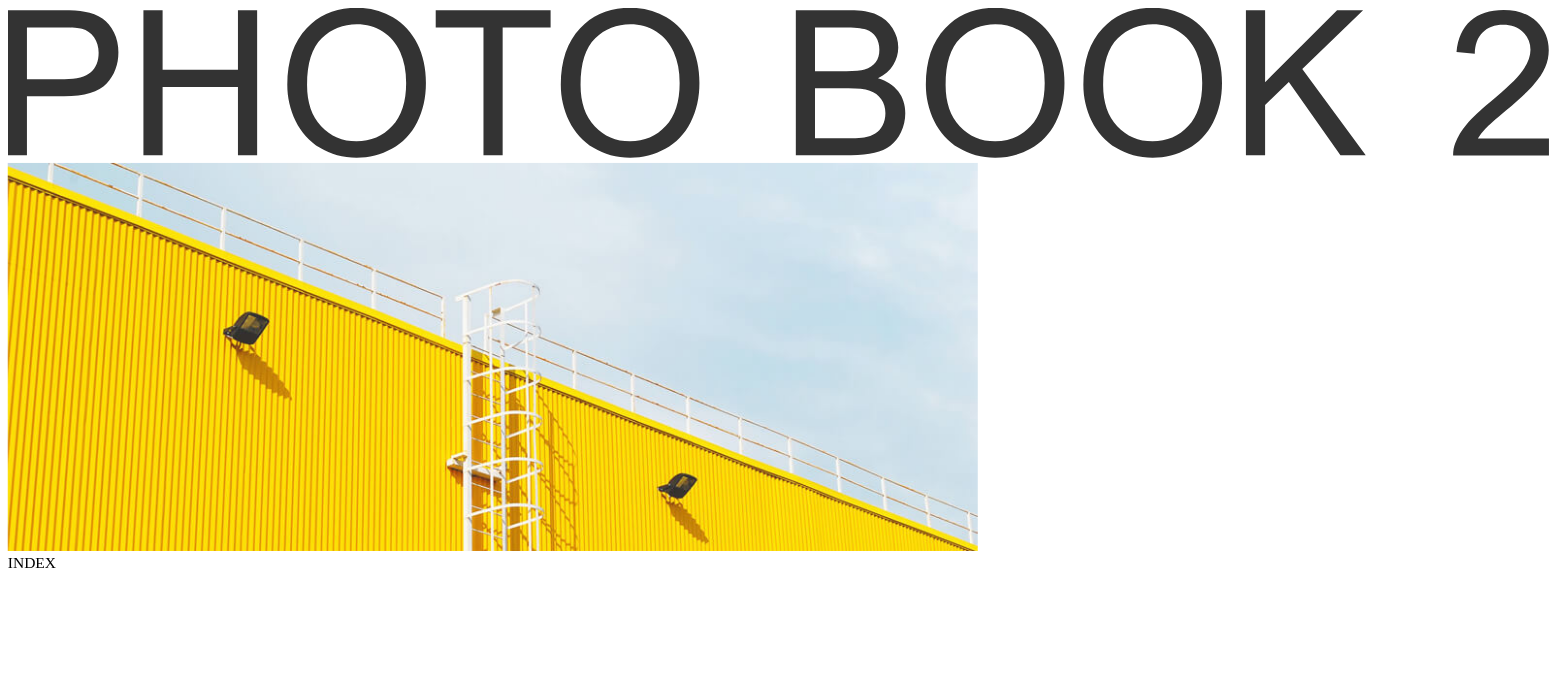
Repository: daytime/LP-study
Page: photo_book2/index.html
The author's editor kept a copy of each file at every save. The page is drawn from the files as they stood at one save, then again after the next save.
The browser window is 1280 px wide. The page is 1608 px wide, so the pictures cover 1608 px, including what lies to the right of the window. The pictures show the whole page, at 97% of full size.

Above is the page before, as saved 2025-02-05 12:36:49.

### photo_book2/index.html
<!DOCTYPE html>
<html lang="ja">
  <!-- https://code-jump.com/photo-menu/ -->
  <head>
    <meta charset="UTF-8" />
    <meta name="viewport" content="width=device-width, initial-scale=1.0" />
    <title>PHOTO BOOK 2</title>
  </head>
  <body>
    <container>
      <header>
        <img src="./img/logo.svg" class="title"></img>
      </header>
      <main>
        <div>
          <img src="./img/mainvisual.jpg" alt="" ></img>
          <div>
            <section id="index"></section>
            <div class="aaa">INDEX</div>
            <ul></ul>
            <section></section>
          </div>
        </div>
      </main>
      <footer></footer>
    </container>
  </body>
</html>

After the next save:
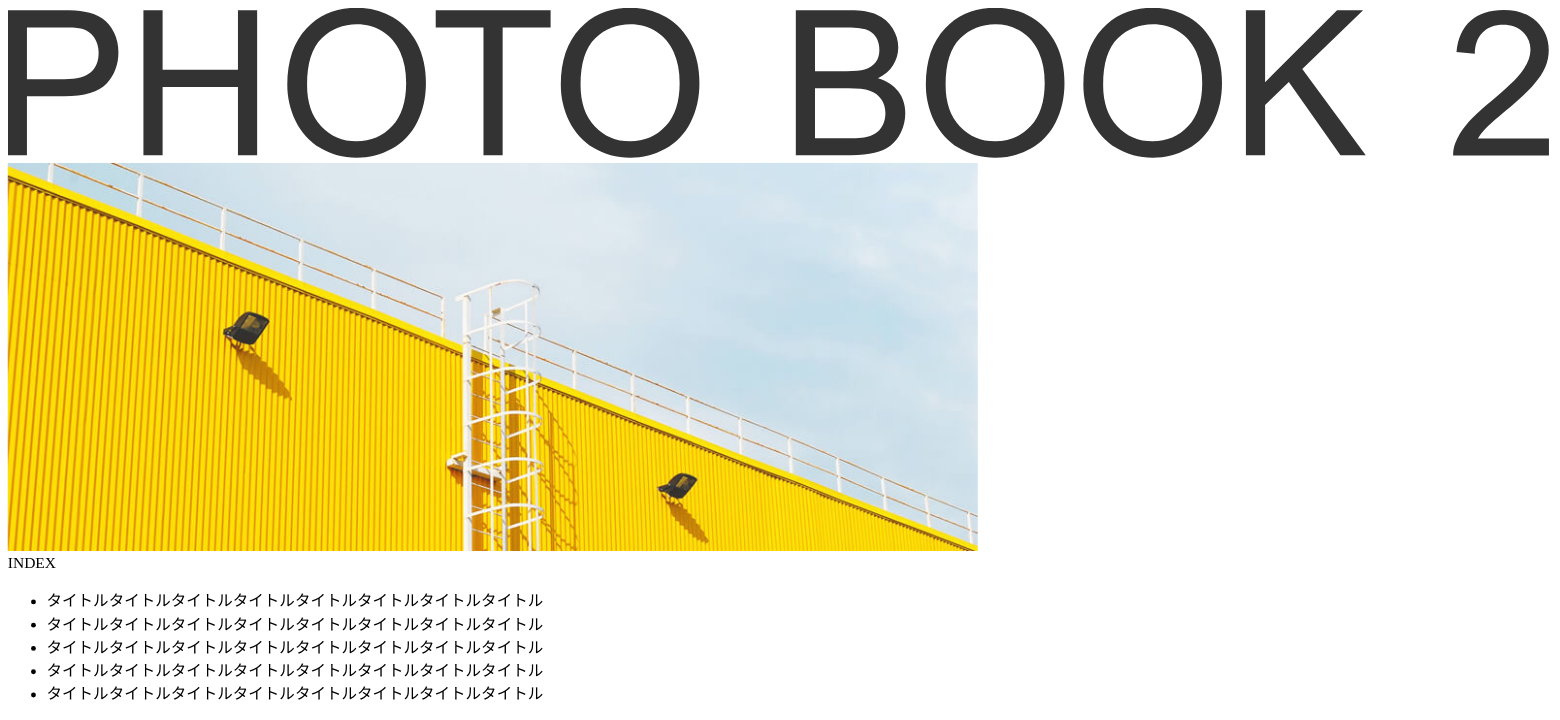
Saved 3 min 16 s later.
--- a/photo_book2/index.html
+++ b/photo_book2/index.html
@@ -17,7 +17,13 @@
           <div>
             <section id="index"></section>
             <div class="aaa">INDEX</div>
-            <ul></ul>
+            <ul>
+            <li>タイトルタイトルタイトルタイトルタイトルタイトルタイトルタイトル</li>
+            <li>タイトルタイトルタイトルタイトルタイトルタイトルタイトルタイトル</li>
+            <li>タイトルタイトルタイトルタイトルタイトルタイトルタイトルタイトル</li>
+            <li>タイトルタイトルタイトルタイトルタイトルタイトルタイトルタイトル</li>
+            <li>タイトルタイトルタイトルタイトルタイトルタイトルタイトルタイトル</li>
+          </ul>
             <section></section>
           </div>
         </div>
